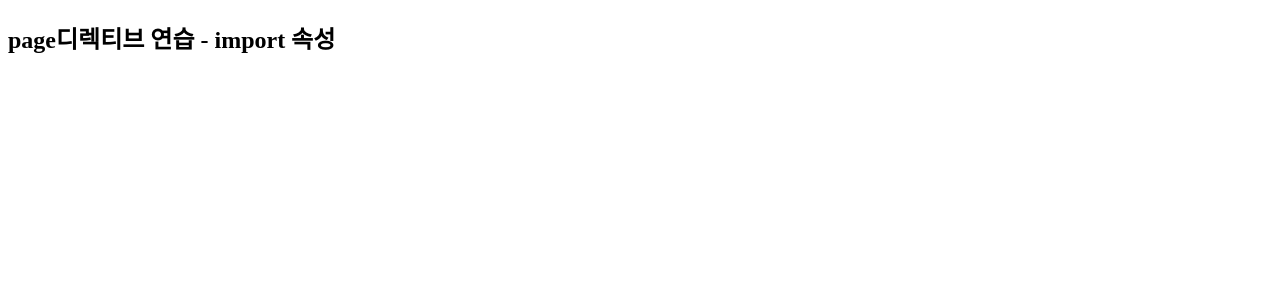
Repository: gugucon-hwan/ForStudyJSP
Page: http://localhost/StudyBasicJSP/ch04/pageDirectiveImport.jsp
An editor plug-in stored every save of this project. The page is shown before and after the next save, followed by the edit.
The browser window is 1280 px wide. The pictures show the whole page.
The page is served by Tomcat 9.

Above is the page before, as saved 2020-08-13 11:31:49.

After the next save:
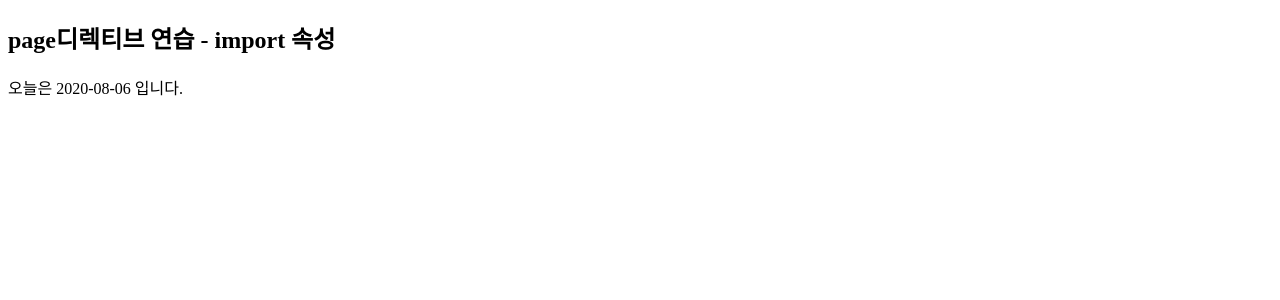
Saved 16 s later.
--- a/StudyBasicJSP/WebContent/ch04/pageDirectiveImport.jsp
+++ b/StudyBasicJSP/WebContent/ch04/pageDirectiveImport.jsp
@@ -15,5 +15,7 @@
 		SimpleDateFormat format= new SimpleDateFormat("yyyy-MM-dd");
 		String strDate= format.format(now);
 	%>
+
+	오늘은 <%=strDate %> 입니다.
 </body>
 </html>
